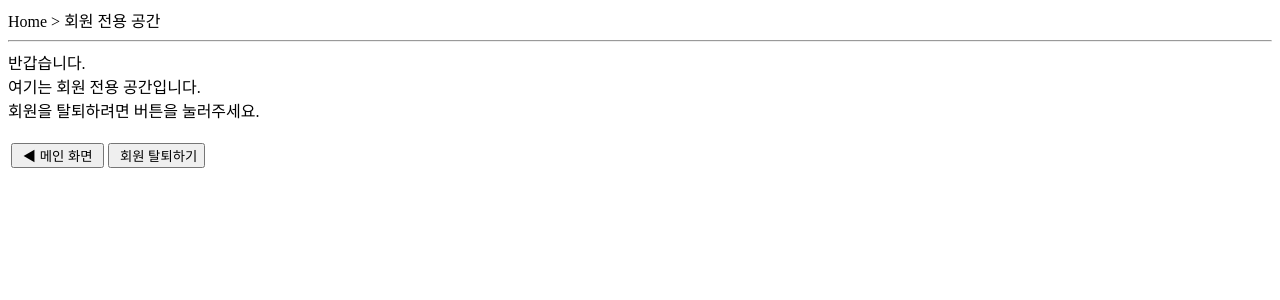
Repository: jodawoon/JSP
Page: http://localhost/jsp/mambership.jsp
An editor plug-in stored every save of this project. The page is shown before and after the next save, followed by the edit.
The browser window is 1280 px wide. The pictures show the whole page.
The page is served by Tomcat 9.

Above is the page before, as saved 2022-12-05 01:13:33.

After the next save:
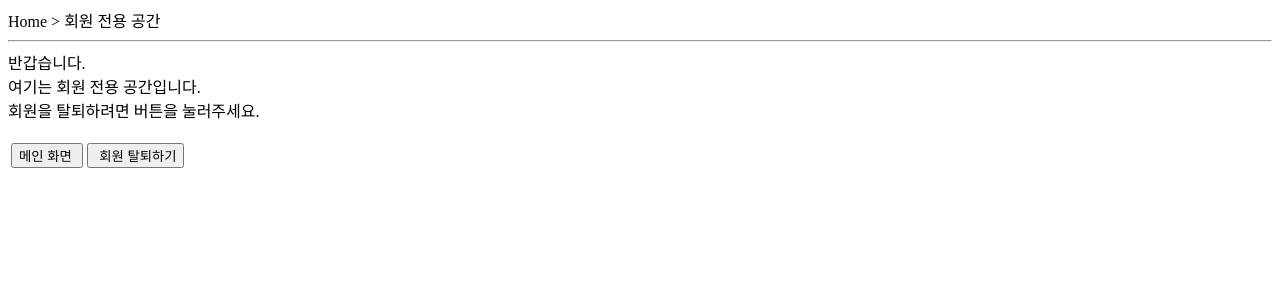
Saved 3 s later.
--- a/jsp/WebContent/mambership.jsp
+++ b/jsp/WebContent/mambership.jsp
@@ -17,7 +17,7 @@
         <tr>
             <td>
                 <form action="main.jsp" method="post" >
-                    <input type="submit" value=" ◀ 메인 화면 " >
+                    <input type="submit" value="메인 화면 " >
                 </form>
             </td>
             <td>
